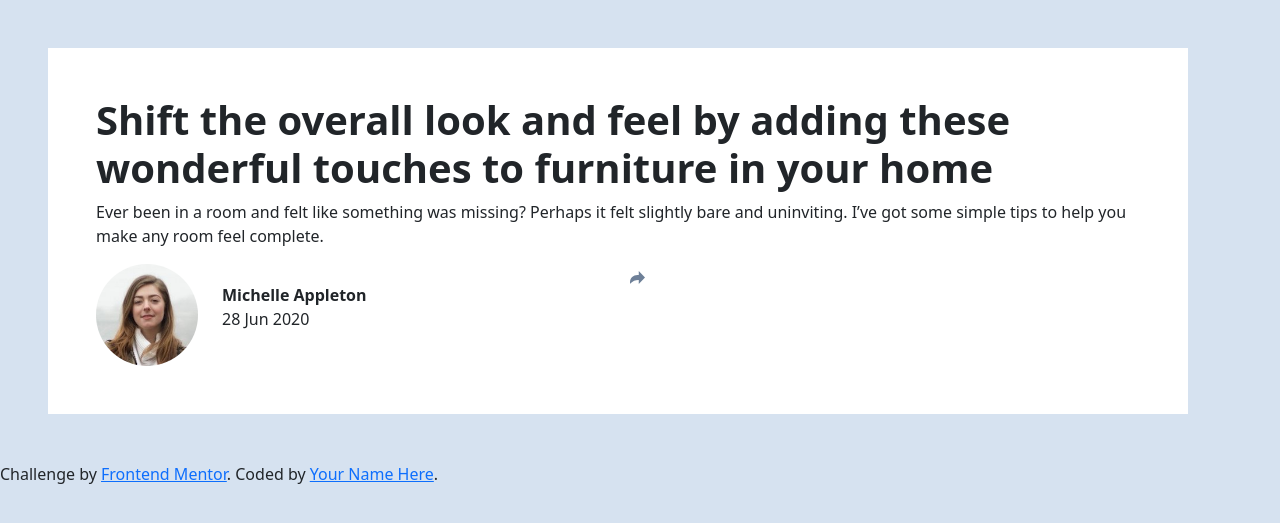
Repository: blordeus/article-preview-component
Page: index.html
These files come from the project's save history. The page is drawn as it stood at one moment and after a run of saves; the edit follows.
The browser window is 1280 px wide. The pictures show the whole page.

Above is the page before, as saved 2024-05-17 10:45:32.

After the next 3 saves:
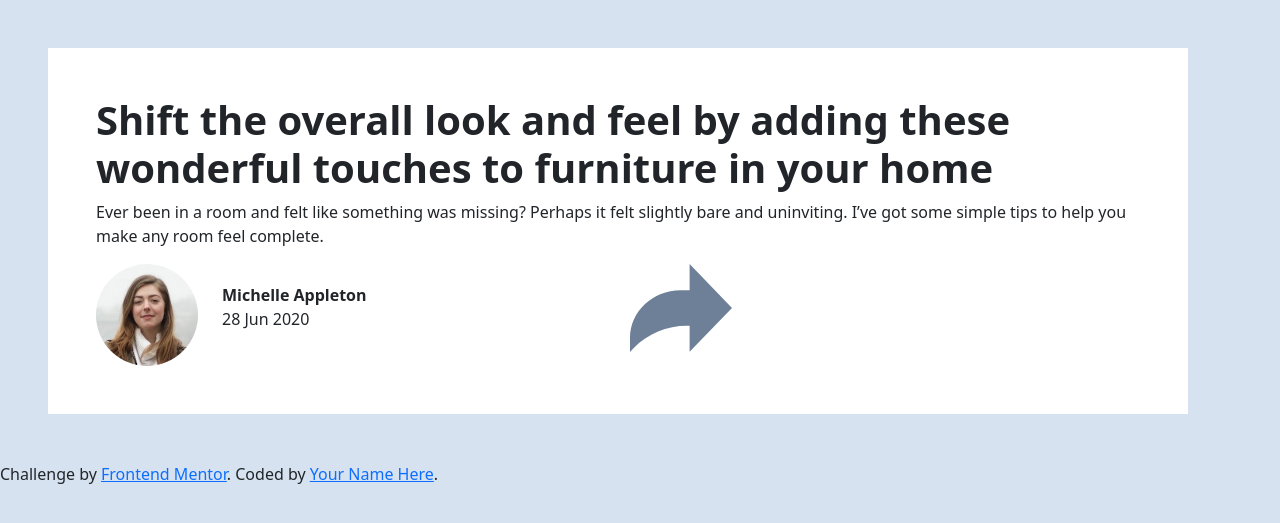
The 3 saves are shown as one change because they came seconds apart.
The last was saved 3 min 57 s later.
--- a/style.css
+++ b/style.css
@@ -20,3 +20,7 @@
     /* make image smaller */
     width: 20%;
 }
+
+#share {
+    width: 20%;
+}
